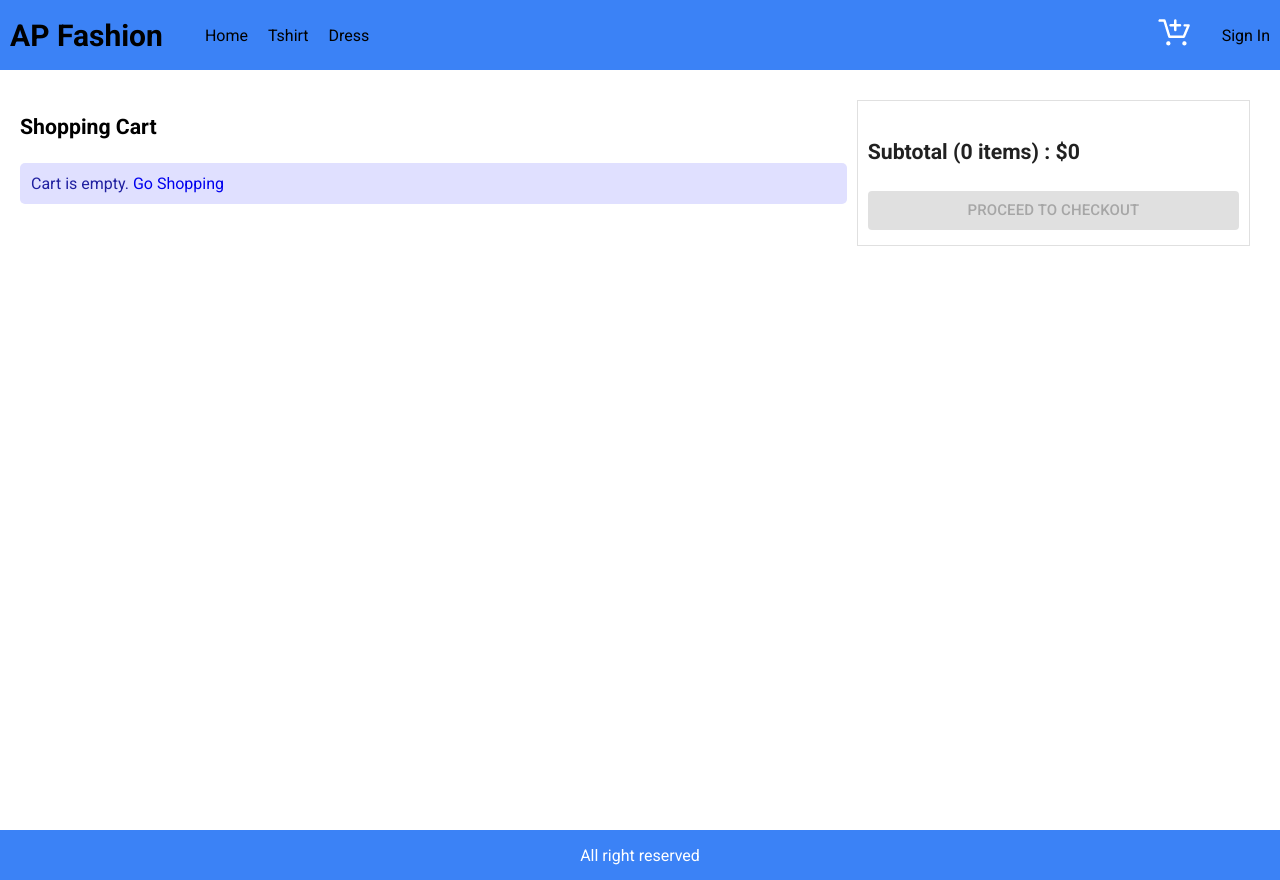
Repository: rexhep/e-commerce
Page: /cart (app in frontend/)
These files come from the project's save history. The page is drawn as it stood at one moment and after the next save; the edit follows.
The browser window is 1280 px wide. The pictures show the whole page.
The project was rebuilt for these pictures with package versions that can differ from the ones it lists, and the page was loaded fresh each time. Also part of the build but not shown: frontend/src/actions/userActions.js, frontend/src/components/clientHeader/ClientHeader.jsx, frontend/src/components/LoadingBox.js, frontend/src/components/clientHeader/HeaderSlider.jsx, frontend/src/components/SearchFilters.jsx, frontend/src/components/Rating.js, frontend/src/actions/ratingsAction.js, frontend/src/components/products/Product.js and 26 more.

Above is the page before, as saved 2021-10-28 01:25:02.

After the next save:
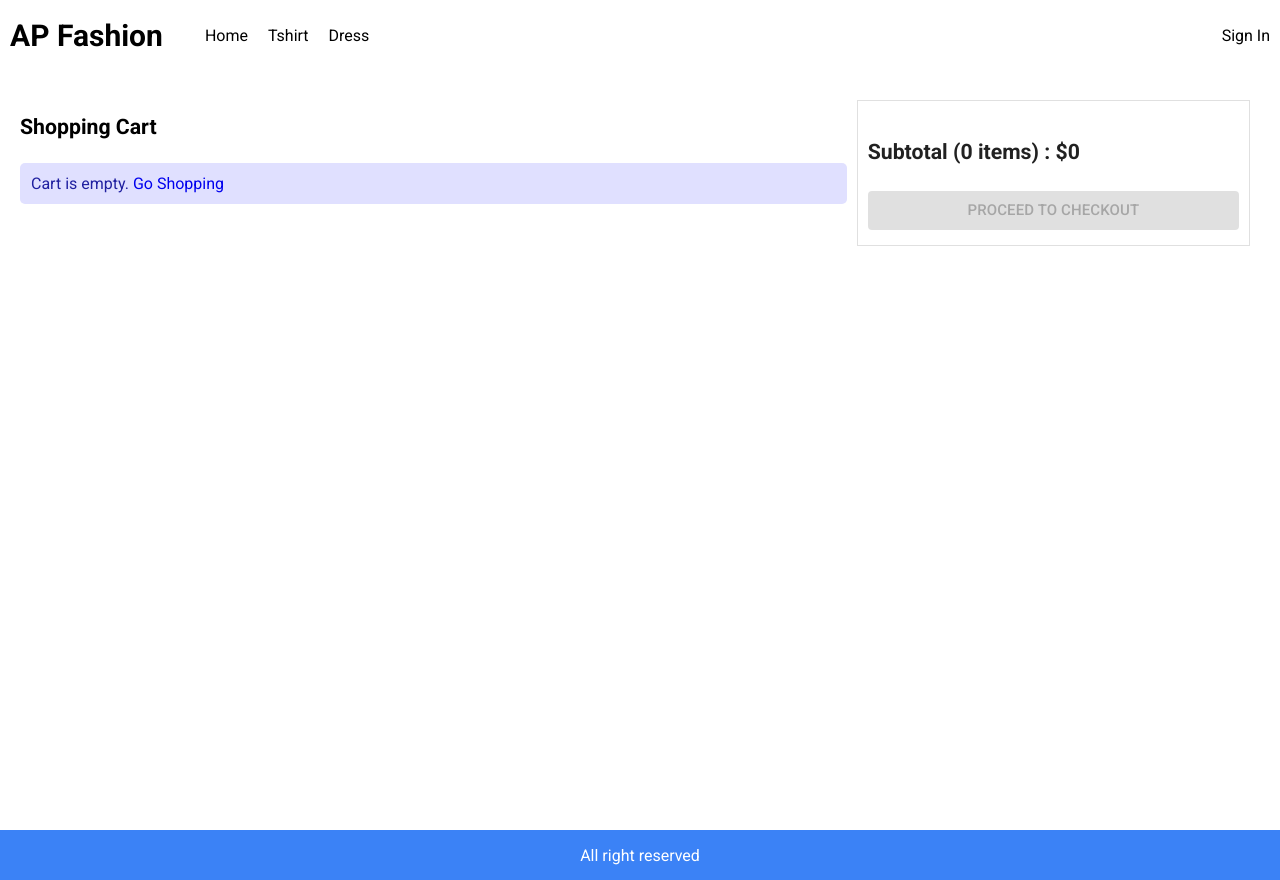
Saved 46 s later.
--- a/frontend/src/index.css
+++ b/frontend/src/index.css
@@ -40,7 +40,7 @@ body {
 
 header {
   grid-area: header;
-  background-color: #3B82F6;
+  background-color: #fff;
   height: 50px;
 }
 
